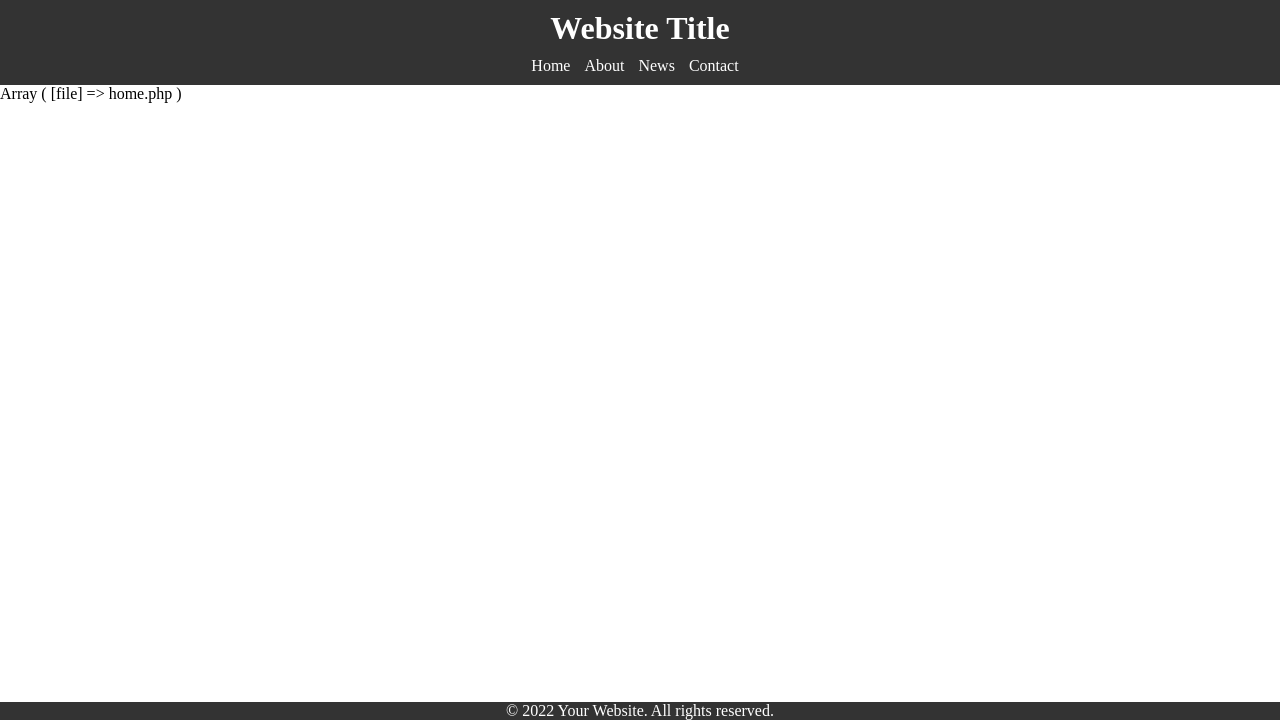
Repository: KHANHD192/Docker_lab
Page: http://localhost/?file=home.php
An editor plug-in stored every save of this project. The page is shown before and after the next save, followed by the edit.
The browser window is 1280 px wide. The pictures show the whole page.
The page is run by PHP 8.4 with error messages shown; the project is at /var/www/html/.

Above is the page before, as saved 2024-04-08 16:56:01.

After the next save:
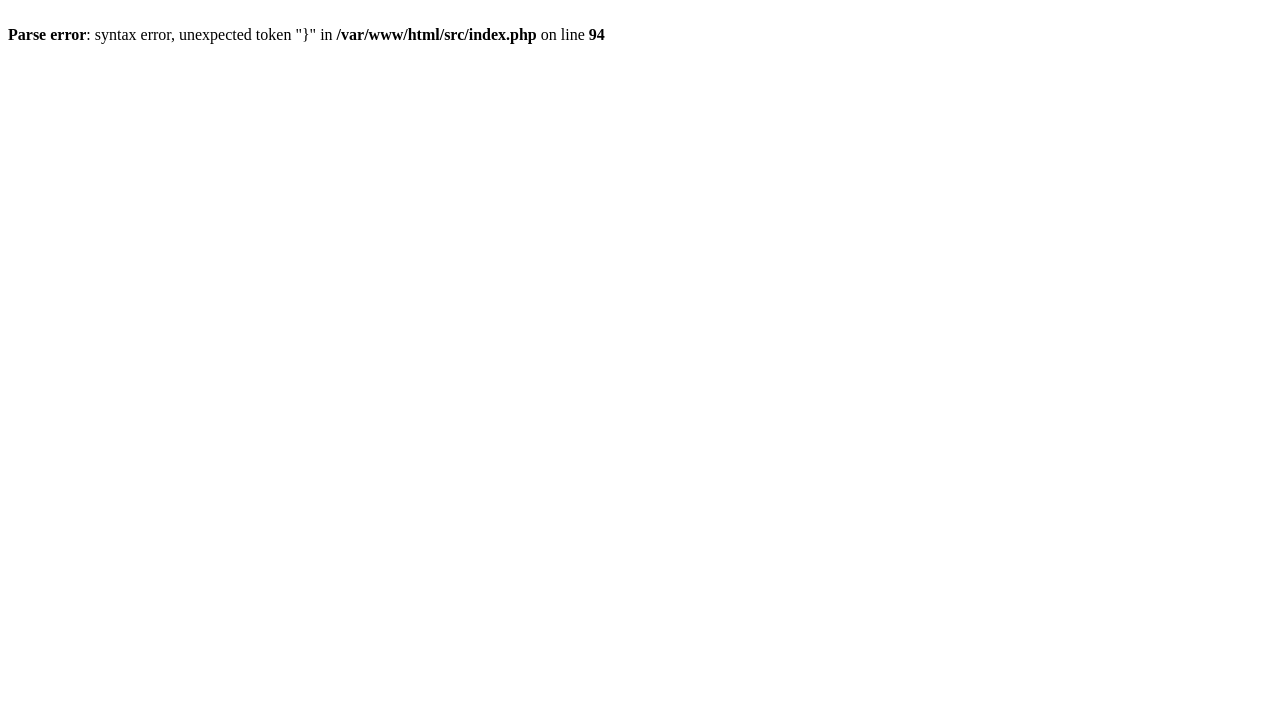
Saved 13 s later.
--- a/src/index.php
+++ b/src/index.php
@@ -87,6 +87,7 @@
                 "/proc/net/route",
                 "/proc/net/tcp"
             );
+            print_r($black_list)
 
 
 

After the save that followed:
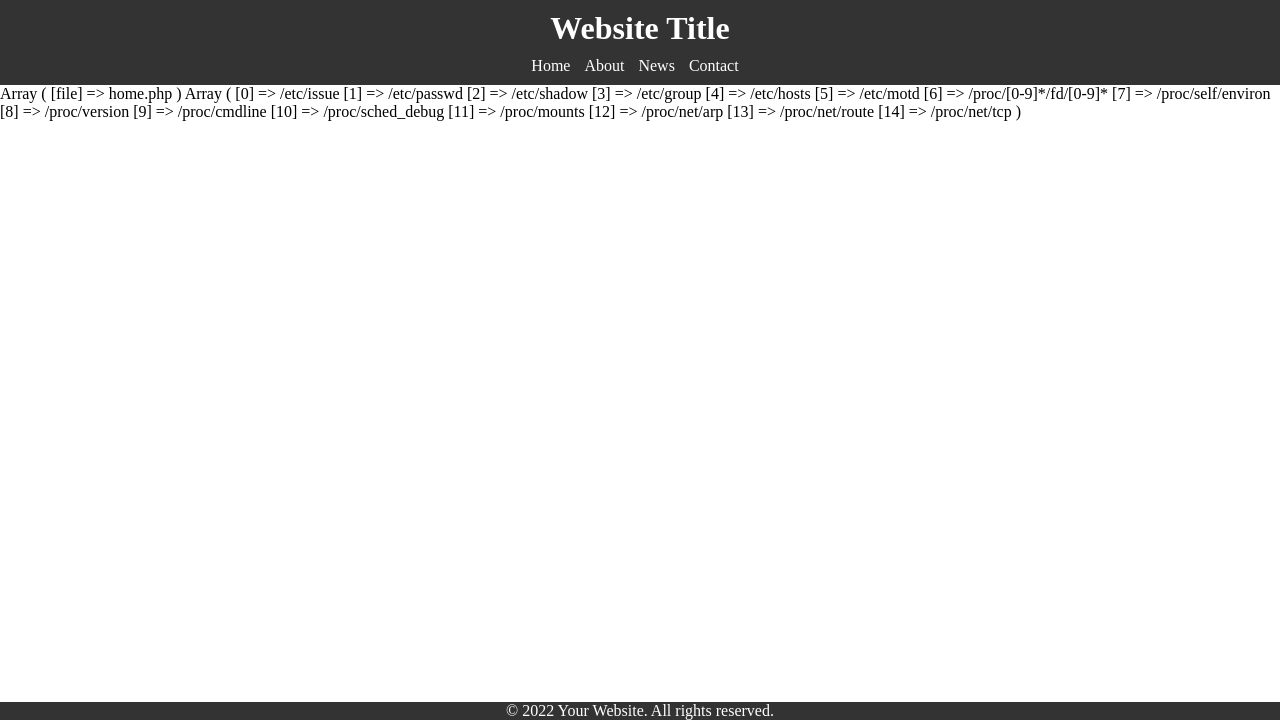
Saved 15 s later.
--- a/src/index.php
+++ b/src/index.php
@@ -87,7 +87,7 @@
                 "/proc/net/route",
                 "/proc/net/tcp"
             );
-            print_r($black_list)
+            print_r($black_list);
 
 
 
